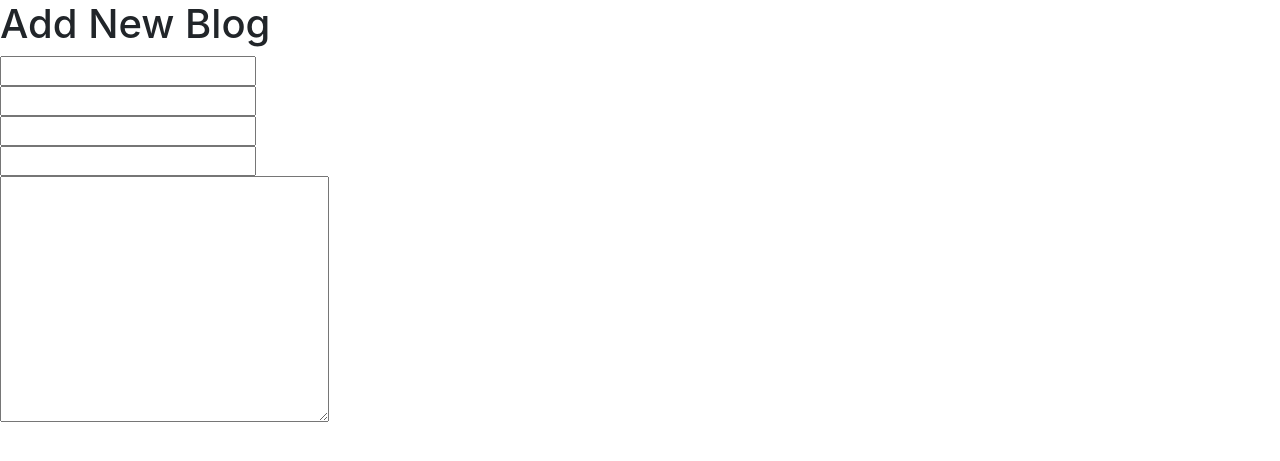
Repository: just-mann/just-blog
Page: http://localhost/add-blog
The author's editor kept a copy of each file at every save. The page is drawn from the files as they stood at one save, then again after the next save.
The browser window is 1280 px wide. The pictures show the whole page.
The page is served by the project's Node server (index.js).

Above is the page before, as saved 2022-01-29 12:04:40.

### views/add-blog.ejs
<!doctype html>
<html lang="en">
  <head>
    <title>Add New Blog</title>
    <!-- Required meta tags -->
    <meta charset="utf-8">
    <meta name="viewport" content="width=device-width, initial-scale=1, shrink-to-fit=no">

    <!-- Bootstrap CSS -->
    <link rel="stylesheet" href="https://stackpath.bootstrapcdn.com/bootstrap/4.3.1/css/bootstrap.min.css" integrity="sha384-ggOyR0iXCbMQv3Xipma34MD+dH/1fQ784/j6cY/iJTQUOhcWr7x9JvoRxT2MZw1T" crossorigin="anonymous">
  </head>
  <body>
    <div>
      <h1>Add New Blog</h1>
      <form action="/add-new-blog" method="POST">
        <div class="titleDiv">
          <input type="text" class="blog-title">
        </div>
        <div class="authorDiv">
          <input type="text" class="blog-author">
        </div>
        <div class="dateDiv">
          <input type="text" class="blog-date">
        </div>
        <div class="snippetDiv">
          <input type="text" class="blog-snippet">
        </div>
        <div>
          <textarea name="blog-body" id="blog-body" cols="30" rows="10" class="blog-body"></textarea>
        </div>
      </form>
    </div>

    <!-- Optional JavaScript -->
    <!-- jQuery first, then Popper.js, then Bootstrap JS -->
    <script src="https://code.jquery.com/jquery-3.3.1.slim.min.js" integrity="sha384-q8i/X+965DzO0rT7abK41JStQIAqVgRVzpbzo5smXKp4YfRvH+8abtTE1Pi6jizo" crossorigin="anonymous"></script>
    <script src="https://cdnjs.cloudflare.com/ajax/libs/popper.js/1.14.7/umd/popper.min.js" integrity="sha384-UO2eT0CpHqdSJQ6hJty5KVphtPhzWj9WO1clHTMGa3JDZwrnQq4sF86dIHNDz0W1" crossorigin="anonymous"></script>
    <script src="https://stackpath.bootstrapcdn.com/bootstrap/4.3.1/js/bootstrap.min.js" integrity="sha384-JjSmVgyd0p3pXB1rRibZUAYoIIy6OrQ6VrjIEaFf/nJGzIxFDsf4x0xIM+B07jRM" crossorigin="anonymous"></script>
  </body>
</html>

### index.js
const express = require('express');
const cors = require('cors');
const bodyParser = require('body-parser');


const app = express();

// BodyParser to tidy up the input from the form
app.use(bodyParser.urlencoded({ extended: true }));

// Setting the view engine
app.set('view engine', 'ejs');




// Get all the blogs from the database
app.get('/api/blogs', cors(), (req, res) => {
    res.send('Server is running.');
})

// Render the form that let's you add a new blog
app.get('/add-blog', (req, res) => {
    res.render('add-blog');
})


// Add new blog to the database
app.post('/add-new-blog', (req, res) => {

})







const PORT = process.env.PORT || 5000;
app.listen(PORT, () => console.log(`Server is running on port ${PORT}`))

After the next save:
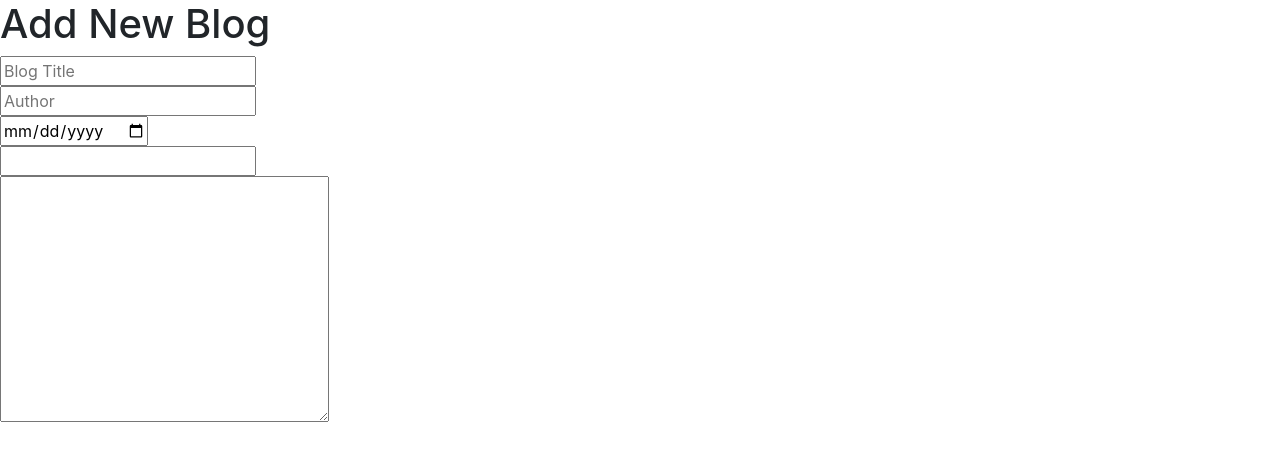
Saved 57 s later.
--- a/views/add-blog.ejs
+++ b/views/add-blog.ejs
@@ -14,16 +14,16 @@
       <h1>Add New Blog</h1>
       <form action="/add-new-blog" method="POST">
         <div class="titleDiv">
-          <input type="text" class="blog-title">
+          <input type="text" class="blog-title" placeholder="Blog Title">
         </div>
         <div class="authorDiv">
-          <input type="text" class="blog-author">
+          <input type="text" class="blog-author" placeholder="Author">
         </div>
         <div class="dateDiv">
-          <input type="text" class="blog-date">
+          <input type="date" class="blog-date">
         </div>
         <div class="snippetDiv">
-          <input type="text" class="blog-snippet">
+          <input type="text" class="blog-snippet" placeholder="">
         </div>
         <div>
           <textarea name="blog-body" id="blog-body" cols="30" rows="10" class="blog-body"></textarea>
